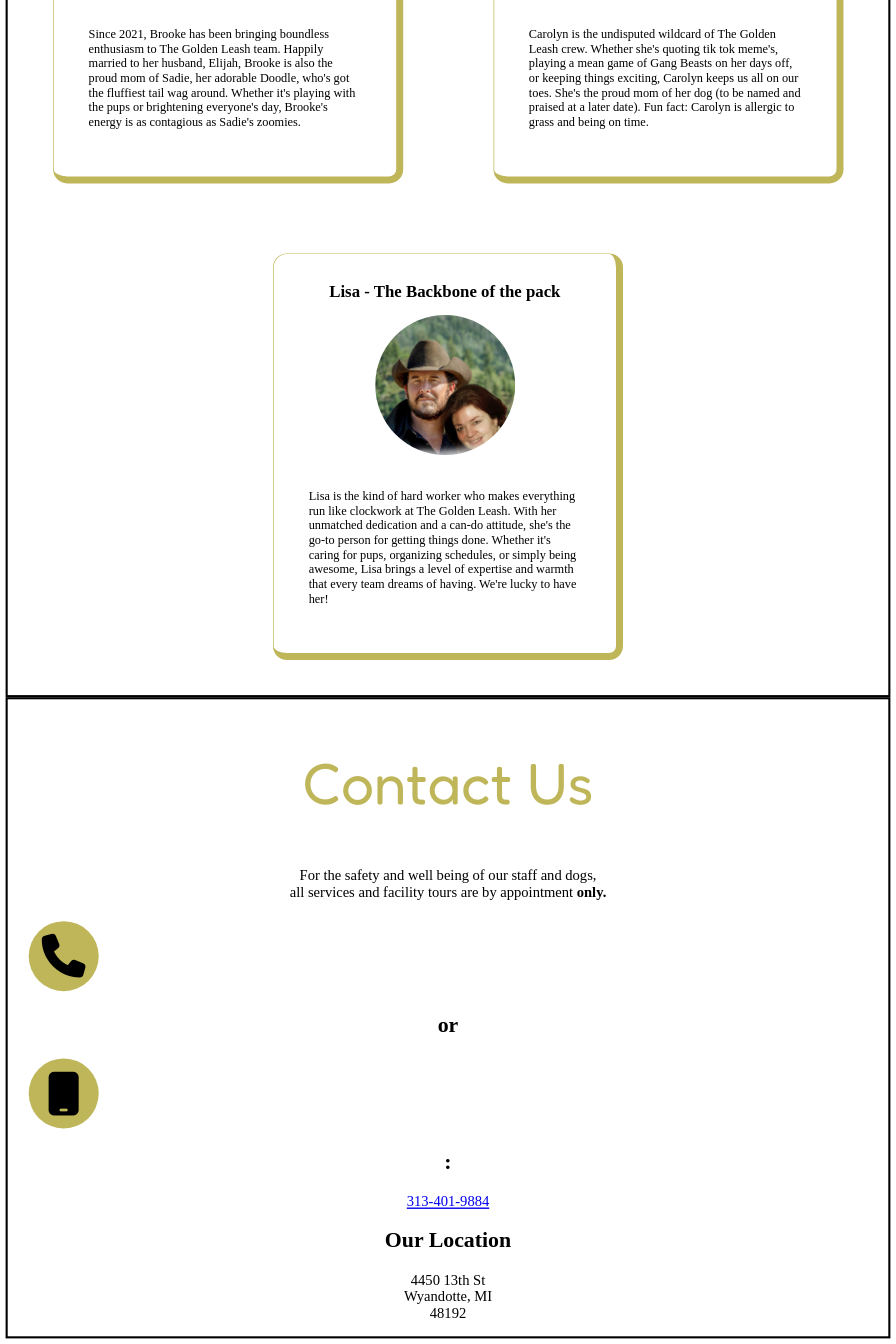
Repository: Aworminator/Thegoldenleash
Page: index.html
An editor plug-in stored every save of this project. The page is shown before and after a run of saves, followed by the edit.
The browser window is 1280 px wide. The pictures show the part of the page from y = 3130 to 5050 px (the page is 5050 px tall before and 4916 px after), at 70% of full size.

Above is the page before, as saved 2025-07-23 22:36:43.

After the next 2 saves:
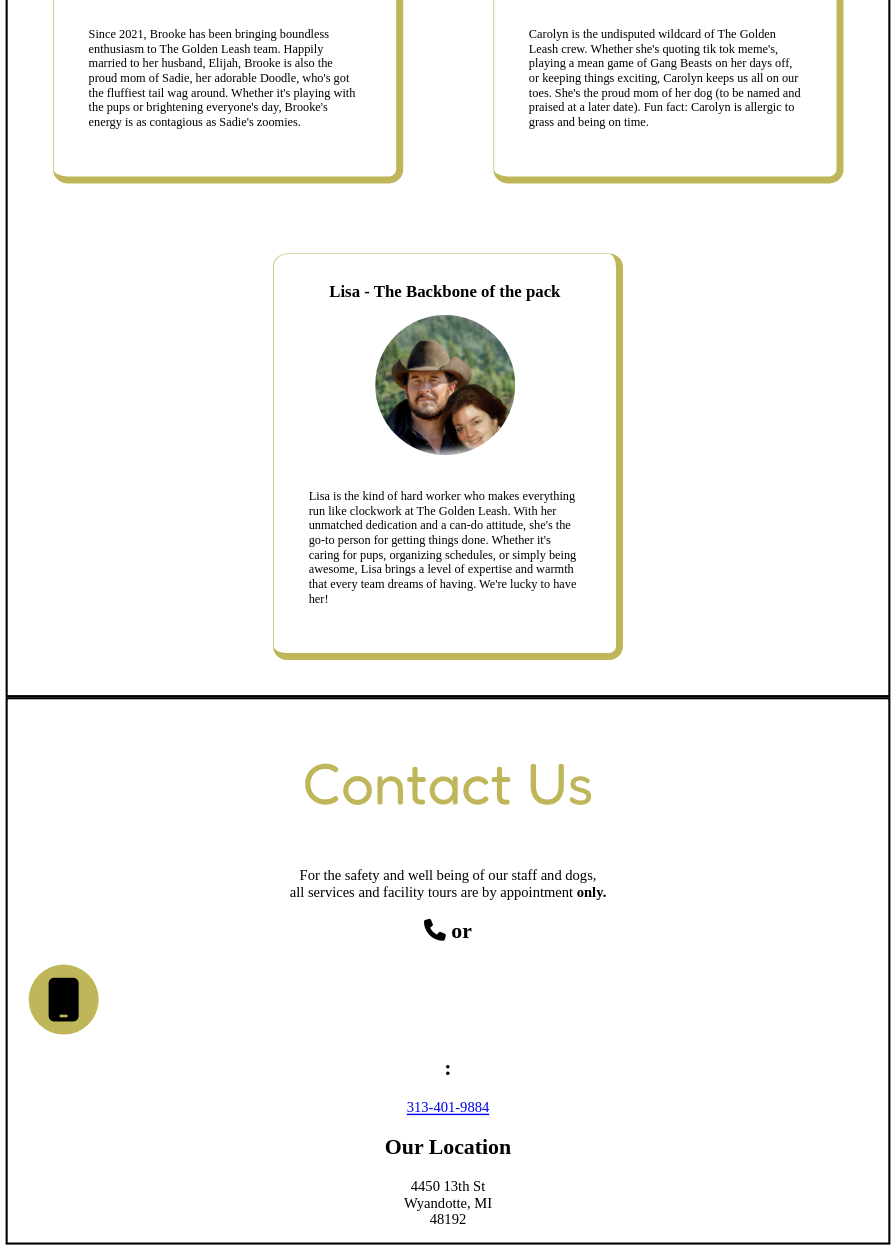
The 2 saves are shown as one change because they came seconds apart.
The last was saved 62 s later.
--- a/index.html
+++ b/index.html
@@ -150,7 +150,7 @@
       </p>
         <p>
           <div class="callOrText">
-          <h2><i class="fa-solid fa-phone icon"></i> or <i class="fa-solid fa-mobile icon"></i>:</h2>
+          <h2><i class="fa-solid fa-phone"></i> or <i class="fa-solid fa-mobile icon"></i>:</h2>
           <a href="tel:+13134019884">313-401-9884</a>
           <br>
           <h2>Our Location</h2>
